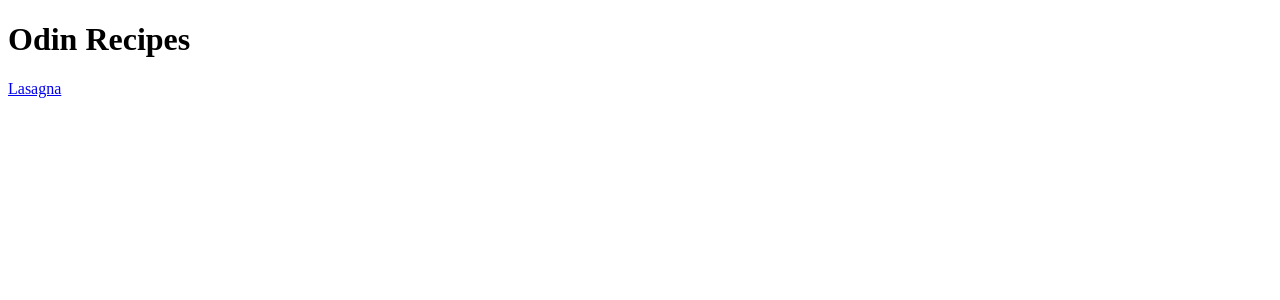
Repository: himanshubaliyan7/odin-recipes
Page: index.html
These files come from the project's save history. The page is drawn as it stood at one moment and after the next save; the edit follows.
The browser window is 1280 px wide. The pictures show the whole page.

Above is the page before, as saved 2024-06-13 23:42:42.

After the next save:
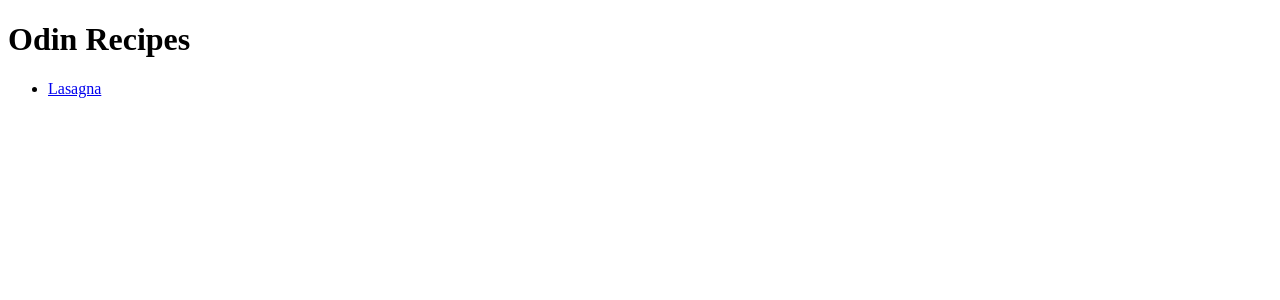
Saved 2 min 11 s later.
--- a/index.html
+++ b/index.html
@@ -7,8 +7,12 @@
   </head>
   <body>
     <h1>Odin Recipes</h1>
-    <a href="recipes/lasagna.html" target="_blank" rel="noopener noreferrer"
-      >Lasagna</a
-    >
+    <ul>
+      <li>
+        <a href="recipes/lasagna.html" target="_blank" rel="noopener noreferrer"
+          >Lasagna</a
+        >
+      </li>
+    </ul>
   </body>
 </html>
